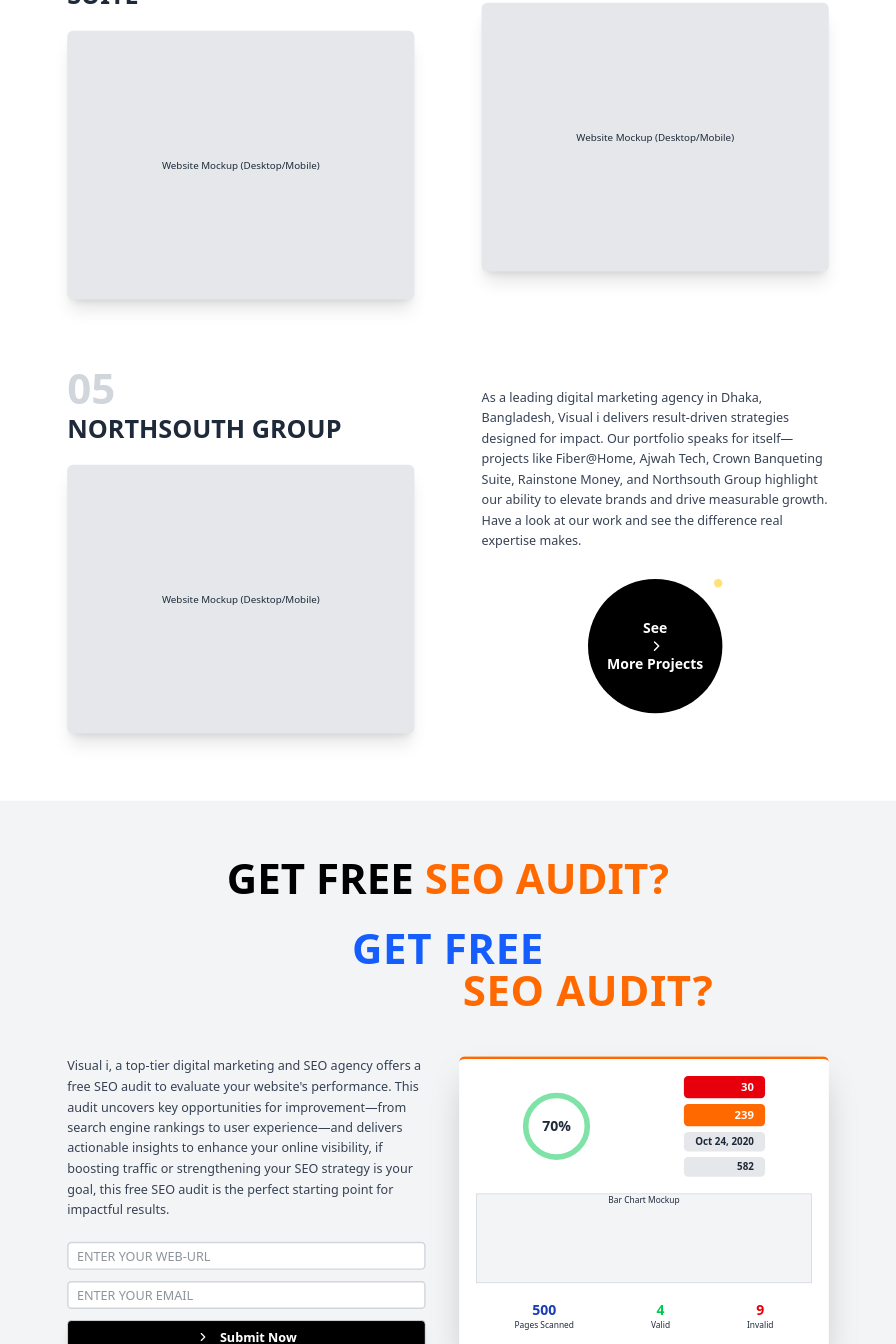
Repository: mdmuhibullahhabib/weboria
Page: /
These files come from the project's save history. The page is drawn as it stood at one moment and after the next save; the edit follows.
The browser window is 1280 px wide. The pictures show the part of the page from y = 4580 to 6500 px (the page is 9554 px tall before and 9494 px after), at 70% of full size.
The project was rebuilt for these pictures with package versions that can differ from the ones it lists, and the page was loaded fresh each time. Some packages were replaced by stand-ins written for this rebuild. The framework's server and built-in components were replaced by stand-ins that run in the browser. Also part of the build but not shown: next.config.mjs.

Above is the page before, as saved 2025-10-03 11:44:09.

### src/app/layout.js
import { Geist, Geist_Mono } from "next/font/google";
import "./globals.css";
import Navbar from "@/components/Navbar";
import Footer from "@/components/Footer";
import { Toaster } from "react-hot-toast";

const geistSans = Geist({
  variable: "--font-geist-sans",
  subsets: ["latin"],
});

const geistMono = Geist_Mono({
  variable: "--font-geist-mono",
  subsets: ["latin"],
});

export const metadata = {
  title: "Weboria",
  description: "Digital Marketing Agency",
  icons: "/favicon.ico",
};

export default function RootLayout({ children }) {
  return (
    <html lang="en">
      <body
        className={`${geistSans.variable} ${geistMono.variable} antialiased`}
      >

        <Navbar />
        <Toaster />
        {children}
        <Footer />
      </body>
    </html>
  );
}

### src/app/page.js
import React from 'react';
import { ChevronRight, Zap, TrendingUp, Shield, Layers, Lightbulb, Rocket } from 'lucide-react';
import Marquee from './Home/components/Marquee';
import Service from '@/components/Service';
import ScrollingLogos from './Home/components/ScrollingLogos';
import SectionTitle from '@/components/SectionTitle';
import AgencySections from '@/components/AgencySections';
// Assuming you'll use lucide-react for the icons.

// Placeholder components for images/logos to keep the code clean.
// In a real Next.js app, you'd replace these with <Image> components pointing to your assets.
const ImagePlaceholder = ({ children, className = "bg-gray-200 h-full w-full flex items-center justify-center text-gray-500" }) => (
  <div className={className}>{children}</div>
);

const Home = () => {
  return (
    <div className="min-h-screen bg-white text-gray-800 antialiased">

      {/* 1. Hero / Empowering Digital Presence Section */}
      <section className="relative py-20 px-4 lg:px-20 overflow-hidden">

        {/* Large, transparent background text */}
        <div className="hidden lg:block absolute top-10 left-0 w-full h-full pointer-events-none">
          <h1 className="text-[12rem] xl:text-[14rem] font-black leading-none uppercase text-gray-200 opacity-20 whitespace-nowrap -translate-x-10">
            APP WEB APPLICATION
          </h1>
        </div>

        <div className="relative z-10 flex flex-col lg:flex-row items-start justify-between">

          {/* Left Content: Title and Image */}
          <div className="lg:w-1/2 mb-10 lg:mb-0 pr-4">
            <p className="text-7xl md:text-9xl font-serif font-extrabold mb-4 text-black leading-tight">
              EMPOWERING
            </p>
            <div className="flex items-center space-x-4 mb-4">
              <ImagePlaceholder className="w-24 h-24 object-cover rounded-md bg-gray-300">
                <Layers size={32} />
              </ImagePlaceholder>
              <p className="text-4xl md:text-6xl font-serif font-extrabold text-orange-500">
                YOUR DIGITAL
              </p>
            </div>
            <p className="text-7xl md:text-9xl font-serif font-extrabold text-black leading-tight">
              PRESENCE
            </p>
          </div>

          {/* Right Content: About Text */}
          <div className="lg:w-1/2 max-w-lg lg:pt-16">
            <p className="text-xl font-bold mb-4 text-orange-500">Visual i</p>
            <p className="text-lg leading-relaxed text-gray-700">
              Visual i is an international **digital marketing agency** with a head office in the UK and a country office in Banani, Dhaka, Bangladesh. We specialize in helping businesses excel online with services like SEO, social media marketing, Google Ads, PR, graphic design, cyber security, web development, and so on. Since our founding, we've worked with companies across the globe to enhance their digital presence.
            </p>
            <p className="text-lg leading-relaxed mt-4 text-gray-700">
              Whether you need to boost online visibility, drive targeted traffic, or increase customer engagement, we craft bespoke strategies to make your brand shine. Join us and take your business to new heights!
            </p>
          </div>
        </div>
      </section>

      {/* 2. Experience / Stats Section */}
      <section className="py-20 px-4 lg:px-20 bg-gray-50">
        <div className="flex flex-col lg:flex-row items-center justify-between">

          {/* Left: Years of Experience */}
          <div className="lg:w-1/3 mb-10 lg:mb-0 pr-8">
            <p className="text-8xl md:text-9xl font-extrabold text-orange-500 leading-none">
              12+
            </p>
            <p className="text-5xl font-serif font-bold text-gray-800 mt-2">
              YEARS
            </p>
            <p className="text-5xl font-serif font-bold text-gray-800">
              EXPERIENCE
            </p>
            <p className="text-xl mt-6 font-light text-gray-600 border-t pt-4 border-gray-300">
              Result-Driven Digital Marketing Service That Ignites Sales And Drives Traffic.
            </p>
          </div>

          {/* Right: Feature Boxes */}
          <div className="lg:w-2/3 grid grid-cols-1 sm:grid-cols-2 gap-8 p-4">
            {/* Box 1 (Top Left) */}
            <div className="border border-orange-300 p-6 rounded-lg">
              <h3 className="text-2xl font-bold mb-2 text-orange-500">ROI-Oriented</h3>
              <p className="text-gray-600 text-sm mb-4">At Visual i, we focus on ROI-driven results—not just promotion. Every strategy is built to deliver measurable growth, real value, and business success.</p>

              <div className="border-t border-orange-300 pt-4">
                <h4 className="text-xl font-bold mt-2 mb-1 text-black">Conversion Rate</h4>
                <p className="text-gray-600 text-sm">At Visual i, we enhance conversion rates by optimizing strategies that turn visitors into loyal customers, driving real growth and success.</p>
              </div>
            </div>

            {/* Box 2 (Top Right) */}
            <div className="border border-orange-300 p-6 rounded-lg">
              <h3 className="text-2xl font-bold mb-2 text-orange-500">Responsive Design</h3>
              <p className="text-gray-600 text-sm mb-4">At Visual i, we create responsive designs that ensure your website looks perfect on any device, delivering a seamless experience for all users.</p>

              <div className="border-t border-orange-300 pt-4">
                <h4 className="text-xl font-bold mt-2 mb-1 text-black">Creative Design</h4>
                <p className="text-gray-600 text-sm">At Visual i, creative design goes beyond visuals—we build bold, scroll-stopping designs that capture attention, spark emotion, and drive your audience to act.</p>
              </div>
            </div>

            {/* Box 3 (Bottom Left) - Replicating the 3-box structure where the third box is below the first two. */}
            <div className="border border-orange-300 p-6 rounded-lg">
              <h3 className="text-2xl font-bold mb-2 text-orange-500">Data Protection</h3>
              <p className="text-gray-600 text-sm mb-4">At Visual i, we safeguard your data with top-tier security, ensuring protection and confidentiality while you focus on growing your business and 24/7 monitoring.</p>

              <div className="border-t border-orange-300 pt-4">
                <h4 className="text-xl font-bold mt-2 mb-1 text-black">Business Growth</h4>
                <p className="text-gray-600 text-sm">Boost your business growth with a powerful website, app, and SEO. Visual i optimizes every aspect to drive traffic, engagement, and conversions.</p>
              </div>
            </div>
          </div>
        </div>
      </section>

      {/* New Marquee Component */}
      <Marquee />

      {/* 3. Services Overview Section */}
      <Service />

      {/* 4. Client Logos Section */}
      <ScrollingLogos />

      {/* 5. Featured Projects Section */}
      <section className="py-20 px-4 lg:px-20">
        <h2 className="text-5xl font-semibold text-black text-center">
          OUR FEATURED
        </h2>
        <h2 className='text-orange-500 text-5xl ml-[620px]'> PROJECTS</h2>

        <div className="grid grid-cols-1 lg:grid-cols-2 gap-16 mt-16">

          {/* Project 1: FIBER @ HOME */}
          <div className="flex flex-col p-4">
            <p className="text-6xl font-bold text-gray-300 mb-2">01</p>
            <h3 className="text-4xl font-bold mb-8">FIBER @ HOME</h3>
            <ImagePlaceholder className="relative w-full h-96 bg-gray-200 flex items-center justify-center rounded-lg shadow-xl overflow-hidden">
              {/* Complex mockup with desktop and mobile view */}
              <p className="text-sm">Website Mockup (Desktop/Mobile)</p>
            </ImagePlaceholder>
          </div>

          {/* Project 2: AJWAH TECH */}
          <div className="flex flex-col p-4">
            <p className="text-6xl font-bold text-gray-300 mb-2">02</p>
            <h3 className="text-4xl font-bold mb-8">AJWAH TECH</h3>
            <ImagePlaceholder className="relative w-full h-96 bg-gray-200 flex items-center justify-center rounded-lg shadow-xl overflow-hidden">
              <p className="text-sm">Website Mockup (Desktop/Mobile)</p>
            </ImagePlaceholder>
          </div>

          {/* Project 3: CROWN BANQUETING SUITE */}
          <div className="flex flex-col p-4">
            <p className="text-6xl font-bold text-gray-300 mb-2">03</p>
            <h3 className="text-4xl font-bold mb-8">CROWN BANQUETING SUITE</h3>
            <ImagePlaceholder className="relative w-full h-96 bg-gray-200 flex items-center justify-center rounded-lg shadow-xl overflow-hidden">
              <p className="text-sm">Website Mockup (Desktop/Mobile)</p>
            </ImagePlaceholder>
          </div>

          {/* Project 4: RAINSTONE MONEY */}
          <div className="flex flex-col p-4">
            <p className="text-6xl font-bold text-gray-300 mb-2">04</p>
            <h3 className="text-4xl font-bold mb-8">RAINSTONE MONEY</h3>
            <ImagePlaceholder className="relative w-full h-96 bg-gray-200 flex items-center justify-center rounded-lg shadow-xl overflow-hidden">
              <p className="text-sm">Website Mockup (Desktop/Mobile)</p>
            </ImagePlaceholder>
          </div>

          {/* Project 5: NORTHSOUTH GROUP */}
          <div className="flex flex-col p-4">
            <p className="text-6xl font-bold text-gray-300 mb-2">05</p>
            <h3 className="text-4xl font-bold mb-8">NORTHSOUTH GROUP</h3>
            <ImagePlaceholder className="relative w-full h-96 bg-gray-200 flex items-center justify-center rounded-lg shadow-xl overflow-hidden">
              <p className="text-sm">Website Mockup (Desktop/Mobile)</p>
            </ImagePlaceholder>
          </div>

          {/* Project Text/CTA */}
          <div className="flex flex-col justify-center p-4">
            <p className="text-lg leading-relaxed mb-10 text-gray-700">
              As a leading digital marketing agency in Dhaka, Bangladesh, Visual i delivers result-driven strategies designed for impact. Our portfolio speaks for itself—projects like Fiber@Home, Ajwah Tech, Crown Banqueting Suite, Rainstone Money, and Northsouth Group highlight our ability to elevate brands and drive measurable growth. Have a look at our work and see the difference real expertise makes.
            </p>

            {/* "See More Projects" CTA - large black circle */}
            <div className="relative w-48 h-48 mx-auto">
              <a
                href="/projects"
                className="absolute w-full h-full rounded-full bg-black text-white flex flex-col items-center justify-center text-xl font-semibold hover:bg-gray-800 transition"
              >
                See <ChevronRight className="inline ml-1" size={24} /> More Projects
              </a>
              {/* Yellow dot detail */}
              <div className="absolute top-0 right-0 w-3 h-3 bg-yellow-400 rounded-full animate-pulse"></div>
            </div>
          </div>
        </div>
      </section>


      {/* 6. Get Free SEO Audit CTA Section */}
      <section className="py-20 px-4 lg:px-20 bg-gray-100 text-center">
        <h2 className="text-6xl font-extrabold text-black">
          GET FREE <span className='text-orange-500'>SEO AUDIT?</span>
        </h2>
        <SectionTitle titleTop={"GET FREE"} titleBottom={"SEO AUDIT?"}></SectionTitle>

        <div className="flex flex-col lg:flex-row items-center justify-between max-w-6xl mx-auto mt-12">

          {/* Left: Input Form */}
          <div className="lg:w-1/2 p-4 lg:pr-8">
            <p className="text-lg leading-relaxed mb-8 text-gray-700 lg:text-left">
              Visual i, a top-tier digital marketing and SEO agency offers a free SEO audit to evaluate your website's performance. This audit uncovers key opportunities for improvement—from search engine rankings to user experience—and delivers actionable insights to enhance your online visibility, if boosting traffic or strengthening your SEO strategy is your goal, this free SEO audit is the perfect starting point for impactful results.
            </p>
            <div className="space-y-4 max-w-sm lg:max-w-none mx-auto lg:mx-0">
              <input
                type="url"
                placeholder="ENTER YOUR WEB-URL"
                className="input w-full p-3 border-2 border-gray-300 focus:border-black rounded-md bg-white text-lg"
              />
              <input
                type="email"
                placeholder="ENTER YOUR EMAIL"
                className="input w-full p-3 border-2 border-gray-300 focus:border-black rounded-md bg-white text-lg"
              />
              <button className="btn btn-lg bg-black text-white rounded-md shadow-lg hover:bg-gray-800 transition w-full max-w-sm lg:max-w-none">
                <ChevronRight size={20} className="inline mr-2" /> Submit Now
              </button>
            </div>
          </div>

          {/* Right: Dashboard/Charts Image (Placeholder) */}
          <div className="lg:w-1/2 mt-10 lg:mt-0 p-4">
            {/* The complex SEO chart visual is mocked here using simple boxes and text */}
            <div className="bg-white p-6 shadow-2xl rounded-lg border-t-4 border-orange-500">
              <div className='flex justify-around items-center mb-6'>
                {/* Mock Pie Chart */}
                <div className='w-24 h-24 rounded-full border-8 border-green-500/50 flex items-center justify-center text-xl font-bold'>70%</div>

                {/* Mock Bars/Data */}
                <div className='space-y-2'>
                  <div className='bg-red-600 text-white p-1 px-4 rounded-md text-right font-bold'>30</div>
                  <div className='bg-orange-500 text-white p-1 px-4 rounded-md text-right font-bold'>239</div>
                  <div className='bg-gray-200 text-gray-800 p-1 px-4 rounded-md text-right font-bold text-sm'>Oct 24, 2020</div>
                  <div className='bg-gray-200 text-gray-800 p-1 px-4 rounded-md text-right font-bold text-sm'>582</div>
                </div>
              </div>

              {/* Mock Bar Chart Area */}
              <ImagePlaceholder className="h-32 bg-gray-100 border border-gray-300">
                <p className='text-xs'>Bar Chart Mockup</p>
              </ImagePlaceholder>

              {/* Mock Small Circle Data */}
              <div className='flex justify-around mt-4 text-center'>
                <div className='p-2'><p className='text-xl font-bold text-blue-800'>500</p><p className='text-xs'>Pages Scanned</p></div>
                <div className='p-2'><p className='text-xl font-bold text-green-500'>4</p><p className='text-xs'>Valid</p></div>
                <div className='p-2'><p className='text-xl font-bold text-red-600'>9</p><p className='text-xs'>Invalid</p></div>
              </div>
            </div>
          </div>
        </div>
      </section>

      {/* 7. Full Range of Services Menu (The text part only, as the menu itself is complex) */}
      <AgencySections/>

    </div>
  );
};

export default Home;

### src/app/Home/components/Marquee.jsx
"use client"
import React from 'react';

// Using the Diamond icon for the separator, which closely matches the image.
const DiamondSeparator = () => (
    <span
      className="inline-block text-gray-300 text-3xl sm:text-4xl md:text-5xl lg:text-6xl mx-8 align-middle"
      style={{ transform: 'rotate(45deg)', opacity: 0.7 }}
    >
      &#9670; {/* Unicode for a diamond */}
    </span>
);

const Marquee = () => {
  // Repeating a list of services/keywords
  const marqueeText = [
    "DIGITAL MARKETING",
    "SEO",
    "GRAPHIC DESIGN",
    "WEB DEVELOPMENT",
    "CYBER SECURITY",
    "PR"
  ];

  // Duplicate the content to ensure seamless loop
  const fullMarqueeContent = [...marqueeText, ...marqueeText];

  return (
    <div className="relative w-full overflow-hidden bg-white py-6 sm:py-8 border-y border-gray-100">
      {/* This div is set to animate using the custom CSS keyframes defined below.
        It needs to be wider than its parent to scroll.
      */}
      <div className="animate-marquee whitespace-nowrap inline-block">
        {fullMarqueeContent.map((text, index) => (
          <React.Fragment key={index}>
            <span
              className="inline-block text-3xl sm:text-4xl md:text-5xl lg:text-6xl font-extrabold font-sans tracking-wide mx-4 uppercase"
              style={{
                  // Custom styling for the outlined/hollow text effect
                  WebkitTextStroke: '2px #333', // Dark outline
                  WebkitTextFillColor: 'transparent', // Transparent fill
                  color: 'transparent', // Fallback for standard browsers
                  fontFamily: 'Oswald, sans-serif' // Suggesting a suitable bold font style
              }}
            >
              {text}
            </span>
            {/* Add separator between all elements */}
            {index < fullMarqueeContent.length - 1 && (
                <DiamondSeparator />
            )}
          </React.Fragment>
        ))}
      </div>

      {/* Global CSS for the Marquee Animation */}
      {/* Note: In a real Next.js app, this should often go into a global CSS file,
          but for single-file component generation, we use a style tag. */}
      <style jsx global>{`
        @keyframes marquee {
          0% { transform: translateX(0%); }
          100% { transform: translateX(-50%); } /* Scrolls through one full set of content */
        }
        .animate-marquee {
          animation: marquee 35s linear infinite; /* Adjust duration to control speed */
          display: inline-block;
          will-change: transform; /* Performance optimization */
        }
      `}</style>
    </div>
  );
};

export default Marquee;

### src/app/Home/components/ScrollingLogos.jsx
"use client"
import React from "react";

const logos = [
    { name: "Pico", color: "text-blue-700", size: "text-3xl", weight: "font-extrabold" },
    { name: "frontpose", color: "text-gray-700", size: "text-3xl", weight: "font-extrabold" },
    { name: "NORTH SOUTH GROUP", color: "text-green-700", size: "text-xl", weight: "font-bold" },
    { name: "PAYLAKES", color: "text-yellow-500", size: "text-3xl", weight: "font-extrabold" },
    { name: "RAINSTONE MONEY", color: "text-gray-700", size: "text-xl", weight: "font-bold" },
    { name: "TSG Accountants", color: "text-gray-700", size: "text-xl", weight: "font-bold" },
];

const ScrollingLogos = () => {
    return (
        <section className="py-6 px-4 lg:px-20 overflow-hidden">
            <div className="border-t border-b border-gray-200 py-10">
                <div className="flex animate-marquee space-x-2">
                    {/** Repeat logos twice for seamless scroll */}
                    {[...logos, ...logos].map((logo, index) => (
                        <div key={index} className="flex-shrink-0 w-1/3 md:w-1/6 p-1">
                            <p className={`${logo.size} ${logo.weight} ${logo.color} text-center`}>
                                {logo.name.includes(" ") ? logo.name.split(" ")[0] : logo.name}
                                {logo.name.includes(" ") && <span className="font-light"> {logo.name.split(" ").slice(1).join(" ")}</span>}
                            </p>
                        </div>
                    ))}
                </div>
            </div>

            <style jsx>{`
        @keyframes marquee {
          0% { transform: translateX(0%); }
          100% { transform: translateX(-50%); }
        }
        .animate-marquee {
          display: flex;
          width: max-content;
          animation: marquee 30s linear infinite;
        }
      `}</style>
        </section>
    );
};

export default ScrollingLogos;

### src/components/SectionTitle.jsx
"use client";

export default function SectionTitle({ titleTop, titleBottom }) {
  return (
    <div className="text-center my-10 px-4">
      <div className="text-5xl md:text-3xl lg:text-4xl font-bold tracking-wide leading-snug">
        {/* <span className="text-blue-600">{titleTop}</span> */}
        <h2 className="lg:text-6xl font-extrabold text-blue-600 text-center">{titleTop}</h2>
        <h2 className='text-orange-500 font-semibold lg:text-6xl lg:ml-[400px]'> {titleBottom}</h2>
      </div>
    </div>
  );
}

Loaded but not shown: src/app/globals.css (common file); src/components/AgencySections.jsx (175 lines, source omitted); src/components/Service.jsx (135 lines, source omitted); src/components/Footer.jsx (159 lines, source omitted); src/components/Navbar.jsx (103 lines, source omitted)

After the next save:
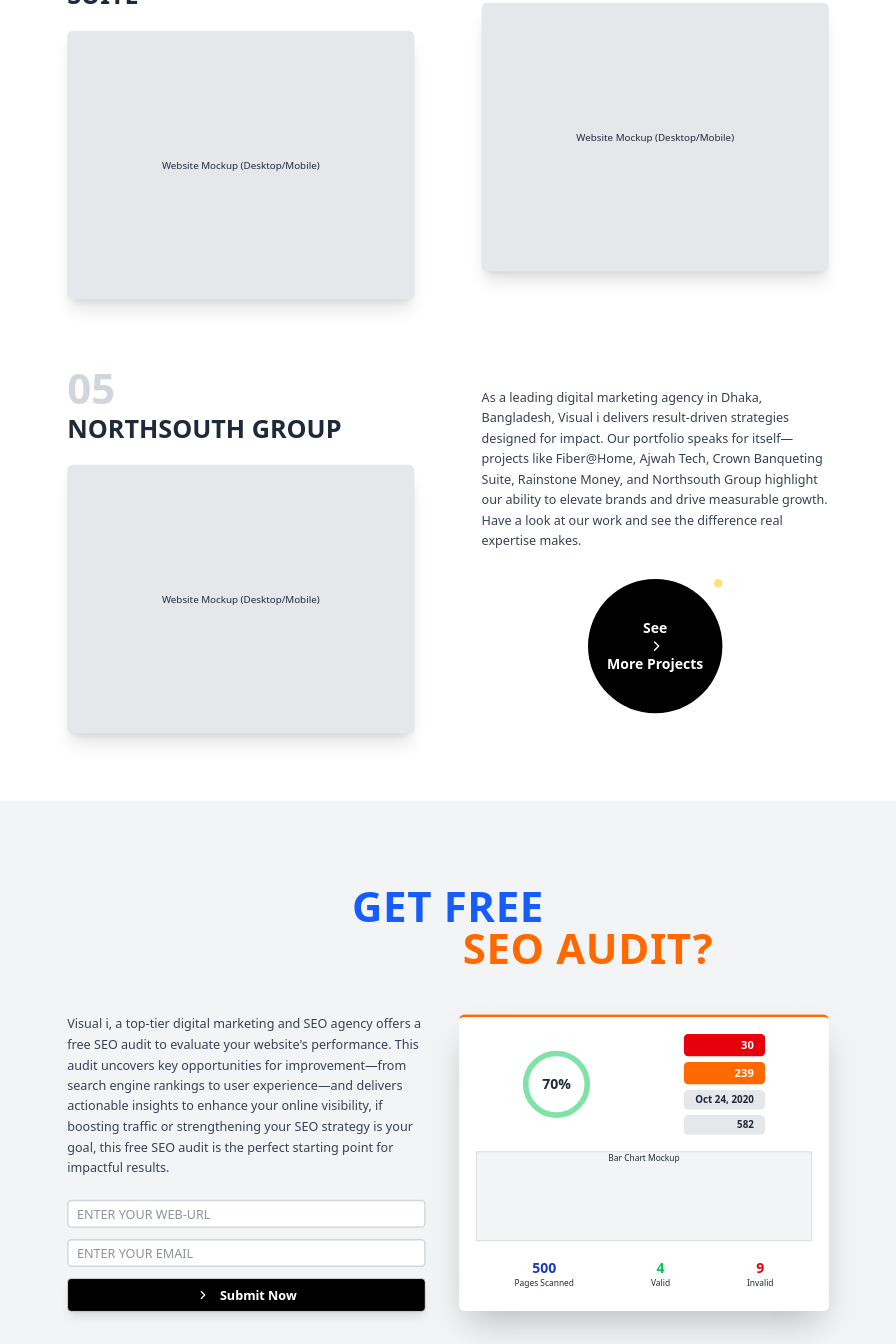
Saved 2 min 0 s later.
--- a/src/app/page.js
+++ b/src/app/page.js
@@ -206,11 +206,8 @@
 
       {/* 6. Get Free SEO Audit CTA Section */}
       <section className="py-20 px-4 lg:px-20 bg-gray-100 text-center">
-        <h2 className="text-6xl font-extrabold text-black">
-          GET FREE <span className='text-orange-500'>SEO AUDIT?</span>
-        </h2>
+
         <SectionTitle titleTop={"GET FREE"} titleBottom={"SEO AUDIT?"}></SectionTitle>
-
         <div className="flex flex-col lg:flex-row items-center justify-between max-w-6xl mx-auto mt-12">
 
           {/* Left: Input Form */}
